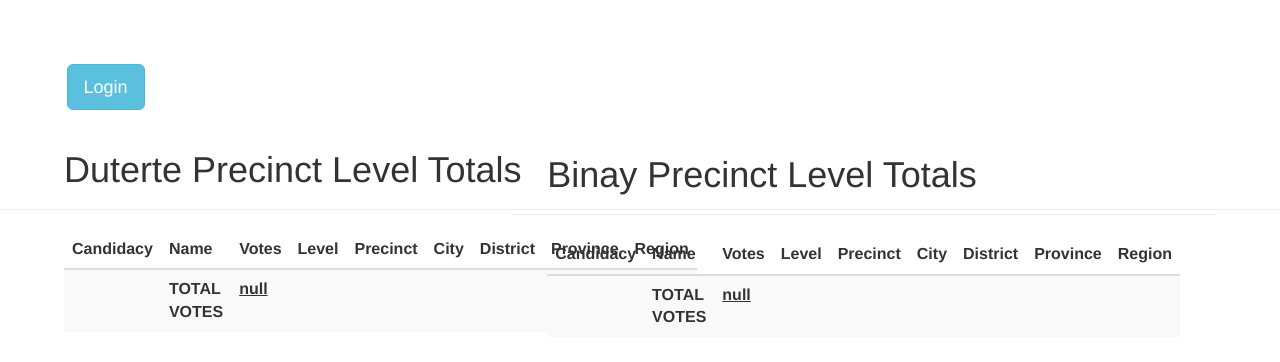
Repository: acbalutan/softdev-cencas-team_apink
Page: http://localhost/AES/
An editor plug-in stored every save of this project. The page is shown before and after the next save, followed by the edit.
The browser window is 1280 px wide. The pictures show the whole page.
The page is served by Tomcat 9. Queries for data that is not in the repository find no rows.

Above is the page before, as saved 2016-02-26 11:05:08.
Console error (its wording comes from the project's code and is left out).

After the next save:
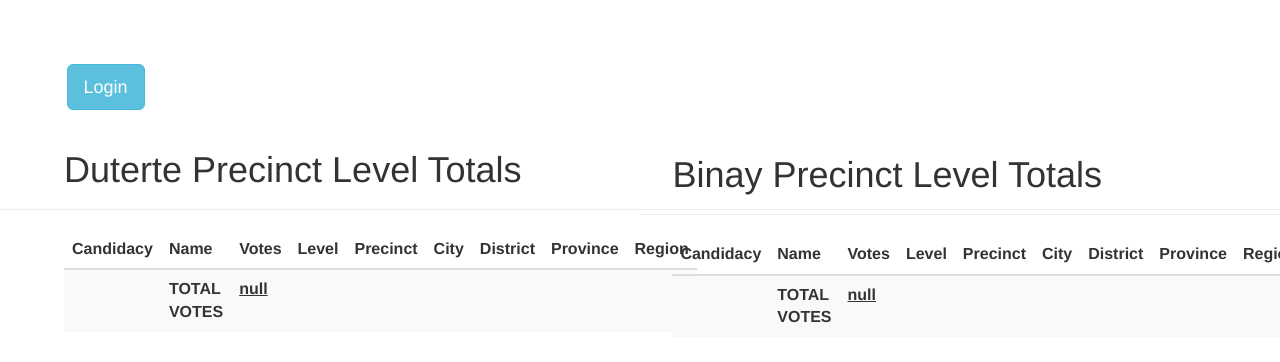
Saved 6 s later.
--- a/workspace/AES/WebContent/index.jsp
+++ b/workspace/AES/WebContent/index.jsp
@@ -79,7 +79,7 @@
 	</table>
 </div>
 
-<div style="position: absolute; top: 16%; left: 40%;">
+<div style="position: absolute; top: 16%; left: 50%;">
 	<div class="page-header" style="padding-left: 5%;">
 		<h1>Binay Precinct Level Totals</h1>
 	</div>
